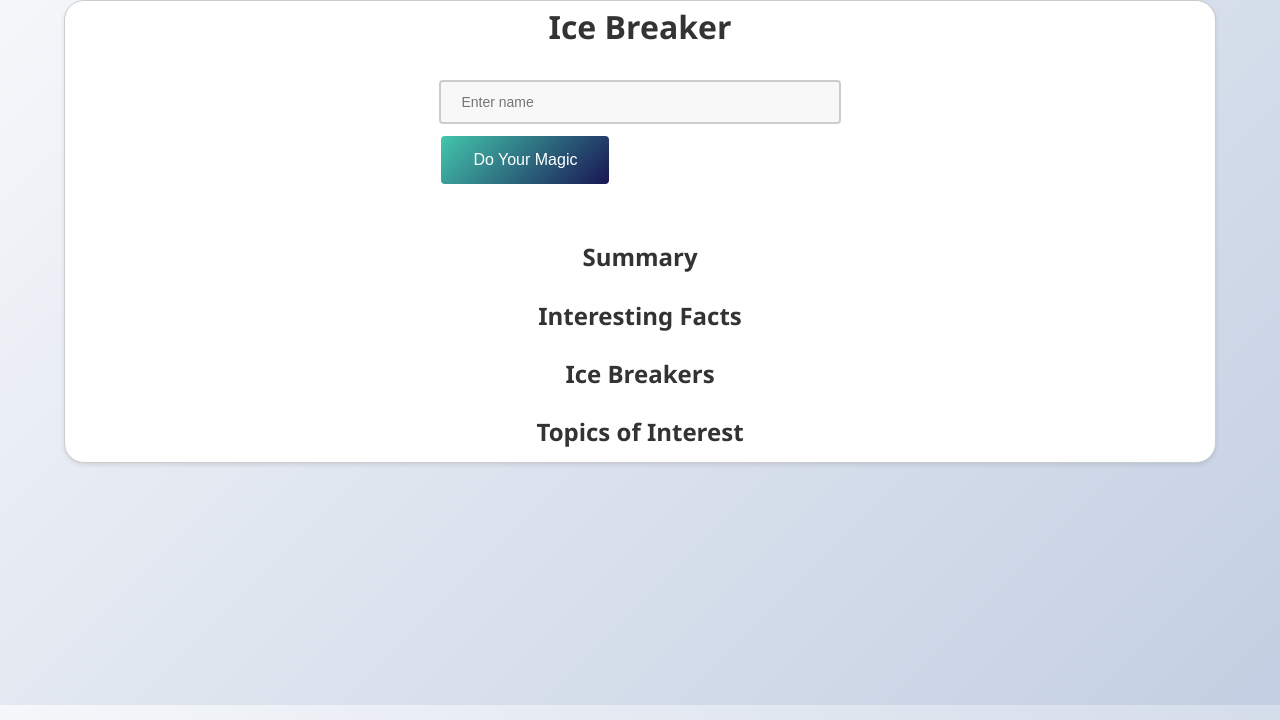
Repository: kunal02kb/Minor-Project-LangCahin
Page: http://localhost/
The author's editor kept a copy of each file at every save. The page is drawn from the files as they stood at one save, then again after the next save.
The browser window is 1280 px wide. The pictures show the whole page.
Some web libraries are served in a nearby version. The page is served by the project's application, run on Flask 3 (app.py).

Above is the page before, as saved 2023-09-27 08:25:44.

After the next save:
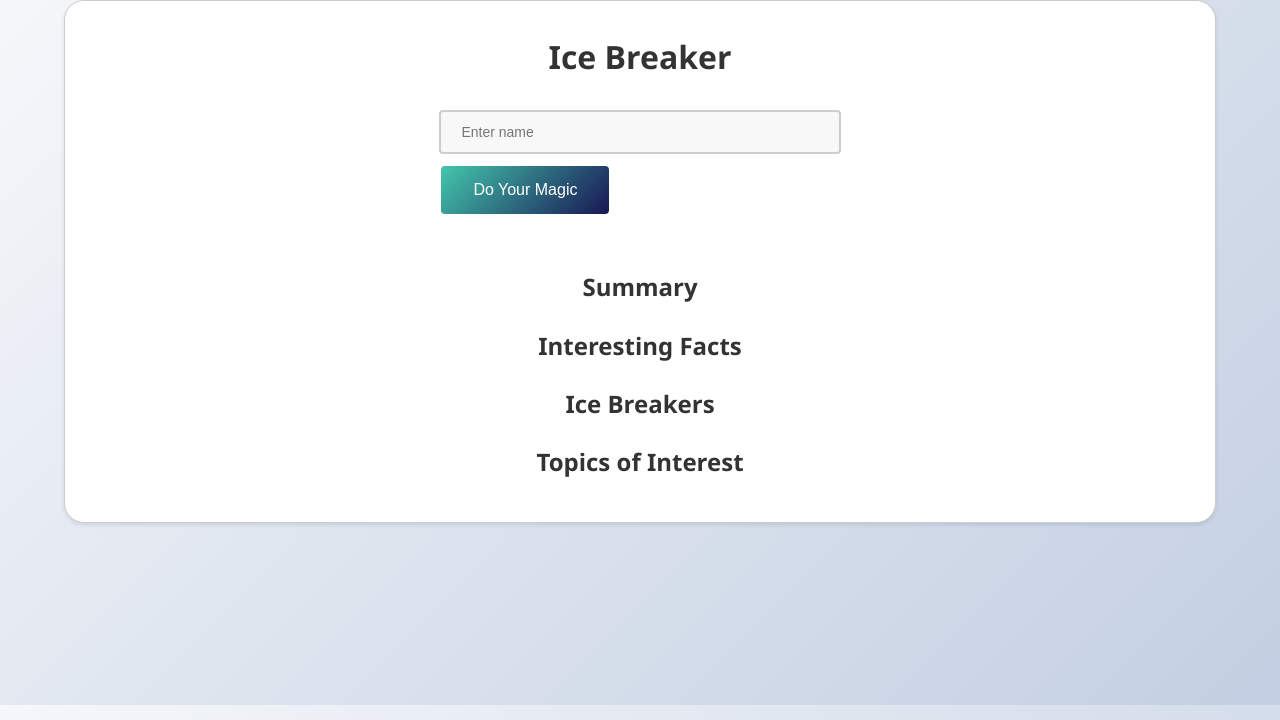
Saved 10 s later.
--- a/static/css/style.css
+++ b/static/css/style.css
@@ -17,7 +17,7 @@ body {
 .container {
     width: 90%;
     margin: auto;
-    /* padding: 30px; */
+    padding: 30px;
     background-color: #ffffff;
     box-shadow: 0 2px 4px rgba(0, 0, 0, 0.1);
     border: 1px solid #ccc;
